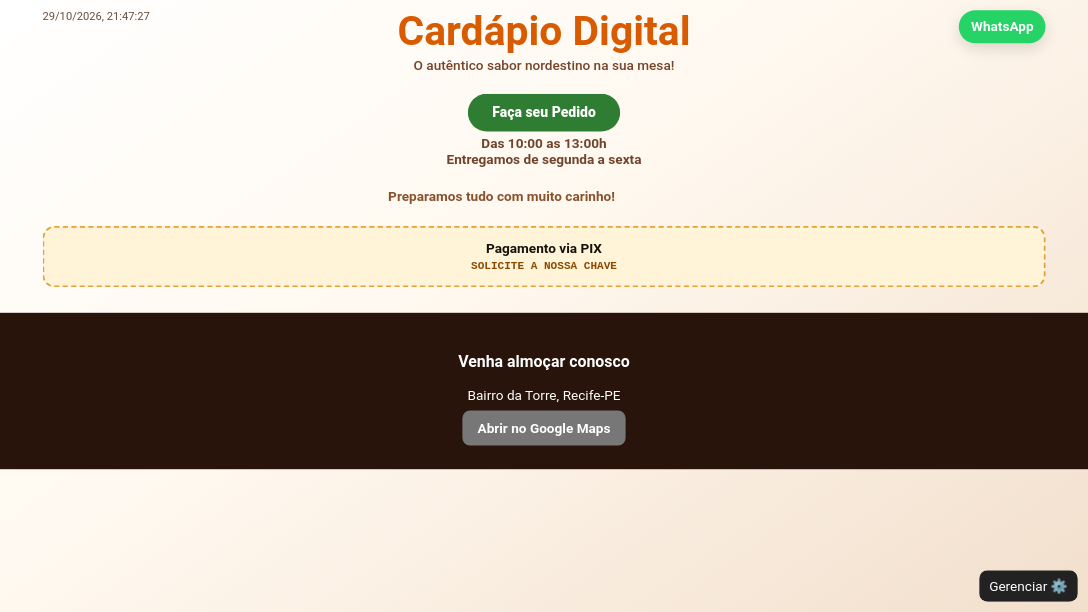
Repository: JeffRodFer/sd-copy-01-frontend
Page: index.html
These files come from the project's save history. The page is drawn as it stood at one moment and after a run of saves; the edit follows.
The browser window is 1280 px wide. The pictures show the whole page, at 85% of full size.
The page's requests for data from a server got no answer.

Above is the page before, as saved 2026-10-30 10:56:33.

After the next 2 saves:
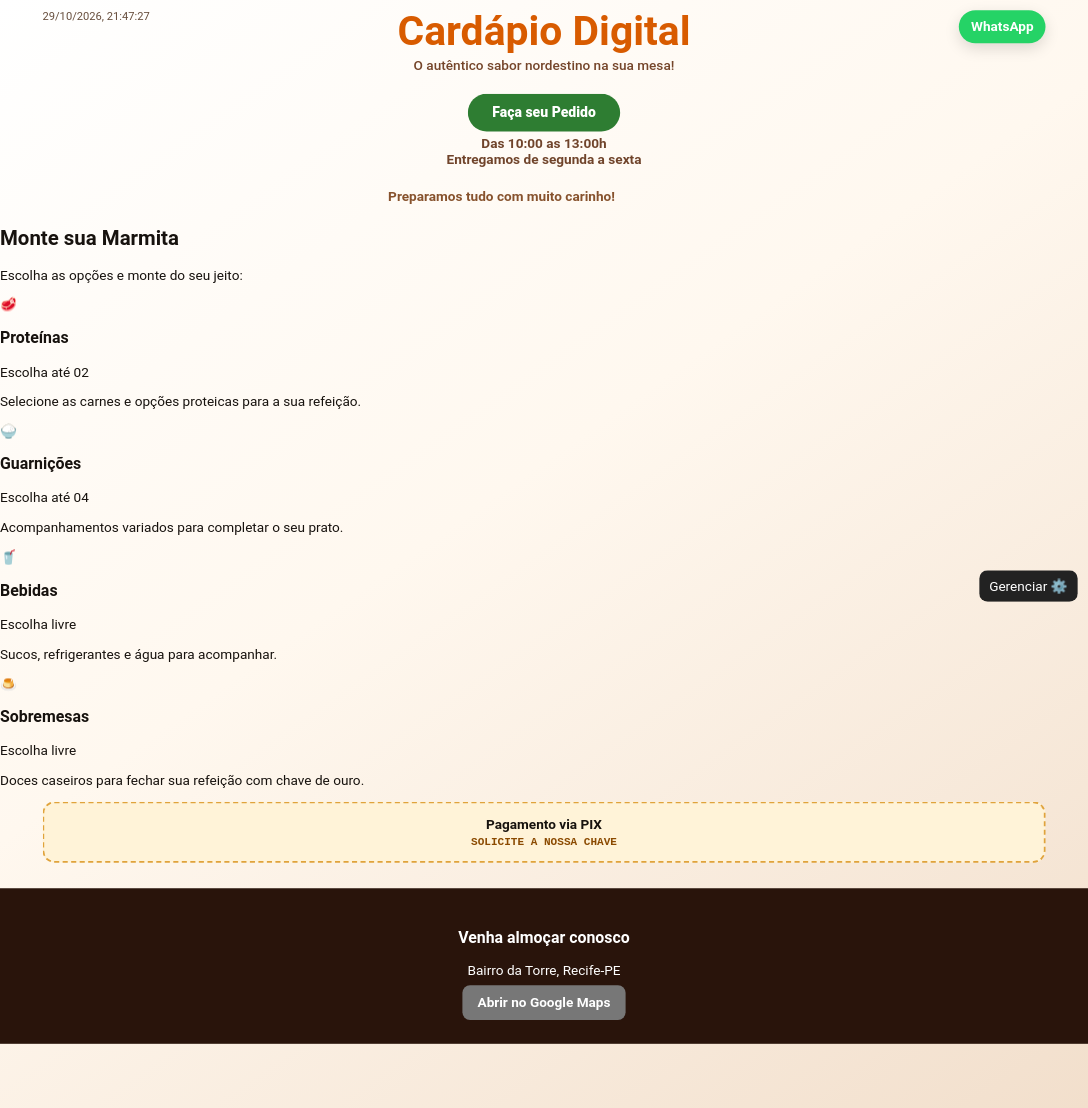
The 2 saves are shown as one change because they came seconds apart.
The last was saved 16 min 12 s later.
--- a/index.html
+++ b/index.html
@@ -57,6 +57,45 @@
   <div class="container note">
     Preparamos tudo com muito carinho!
   </div>
+
+  <section class="menu-categories-section">
+  <h2>Monte sua Marmita</h2>
+  <p class="subtitle">Escolha as opções e monte do seu jeito:</p>
+
+  <div class="categories-grid">
+    <!-- Card Proteínas -->
+    <div class="category-card">
+      <div class="category-icon">🥩</div>
+      <h3>Proteínas</h3>
+      <span class="badge-limit">Escolha até 02</span>
+      <p>Selecione as carnes e opções proteicas para a sua refeição.</p>
+    </div>
+
+    <!-- Card Guarnições -->
+    <div class="category-card">
+      <div class="category-icon">🍚</div>
+      <h3>Guarnições</h3>
+      <span class="badge-limit">Escolha até 04</span>
+      <p>Acompanhamentos variados para completar o seu prato.</p>
+    </div>
+
+    <!-- Card Bebidas -->
+    <div class="category-card">
+      <div class="category-icon">🥤</div>
+      <h3>Bebidas</h3>
+      <span class="badge-limit livre">Escolha livre</span>
+      <p>Sucos, refrigerantes e água para acompanhar.</p>
+    </div>
+
+    <!-- Card Sobremesas -->
+    <div class="category-card">
+      <div class="category-icon">🍮</div>
+      <h3>Sobremesas</h3>
+      <span class="badge-limit livre">Escolha livre</span>
+      <p>Doces caseiros para fechar sua refeição com chave de ouro.</p>
+    </div>
+  </div>
+</section>
 
 
   <div class="container pix">
